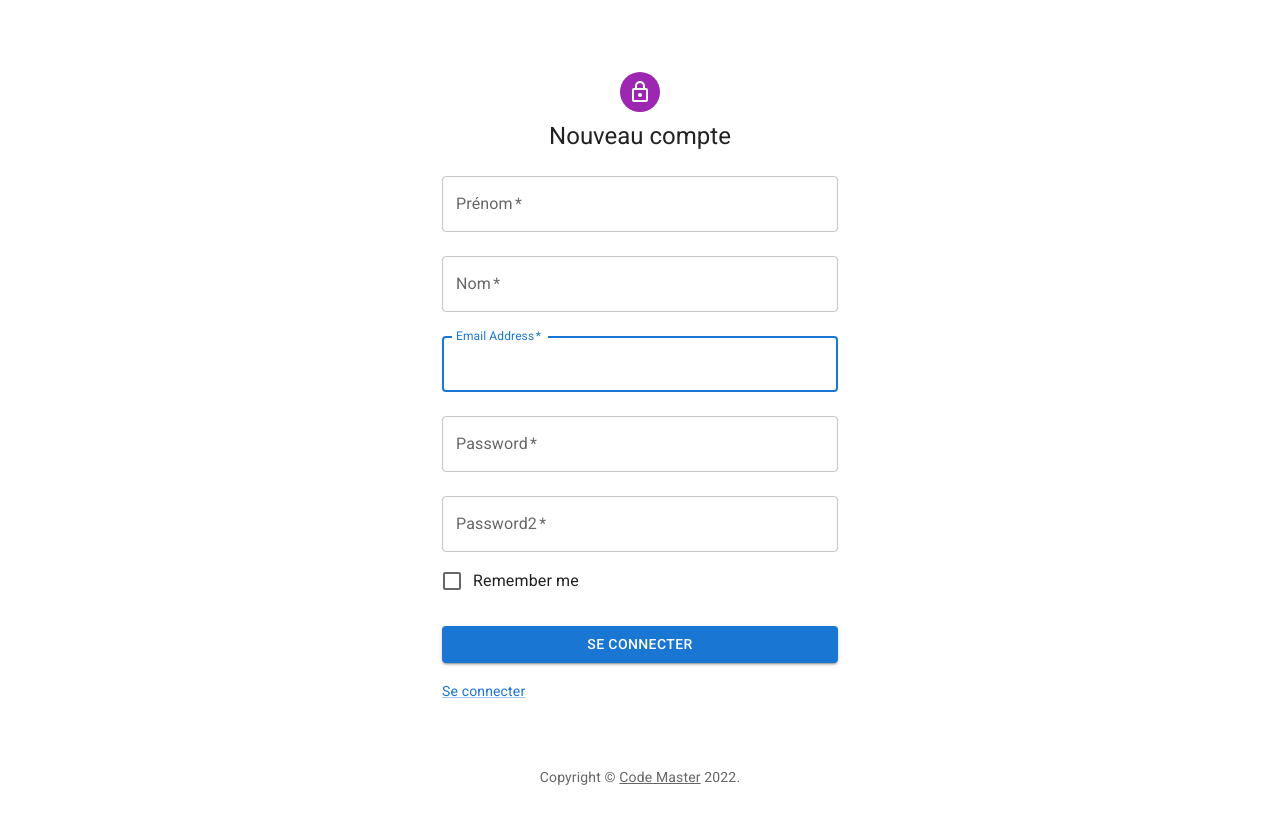
Repository: naovich/codemaster
Page: /signin
An editor plug-in stored every save of this project. The page is shown before and after the next save, followed by the edit.
The browser window is 1280 px wide. The pictures show the whole page.
The page's requests for data from a server got no answer. The project was rebuilt for these pictures with package versions that can differ from the ones it lists, and the page was loaded fresh each time. No one was signed in, and anything a server would have sent is missing. Also part of the build but not shown: src/Components/Menu.js, src/pages/Home.js, src/pages/Start.js. Imported but missing from the stored project, and not drawn on this page: src/pages/Login.

Above is the page before, as saved 2022-03-03 17:32:35.

After the next save:
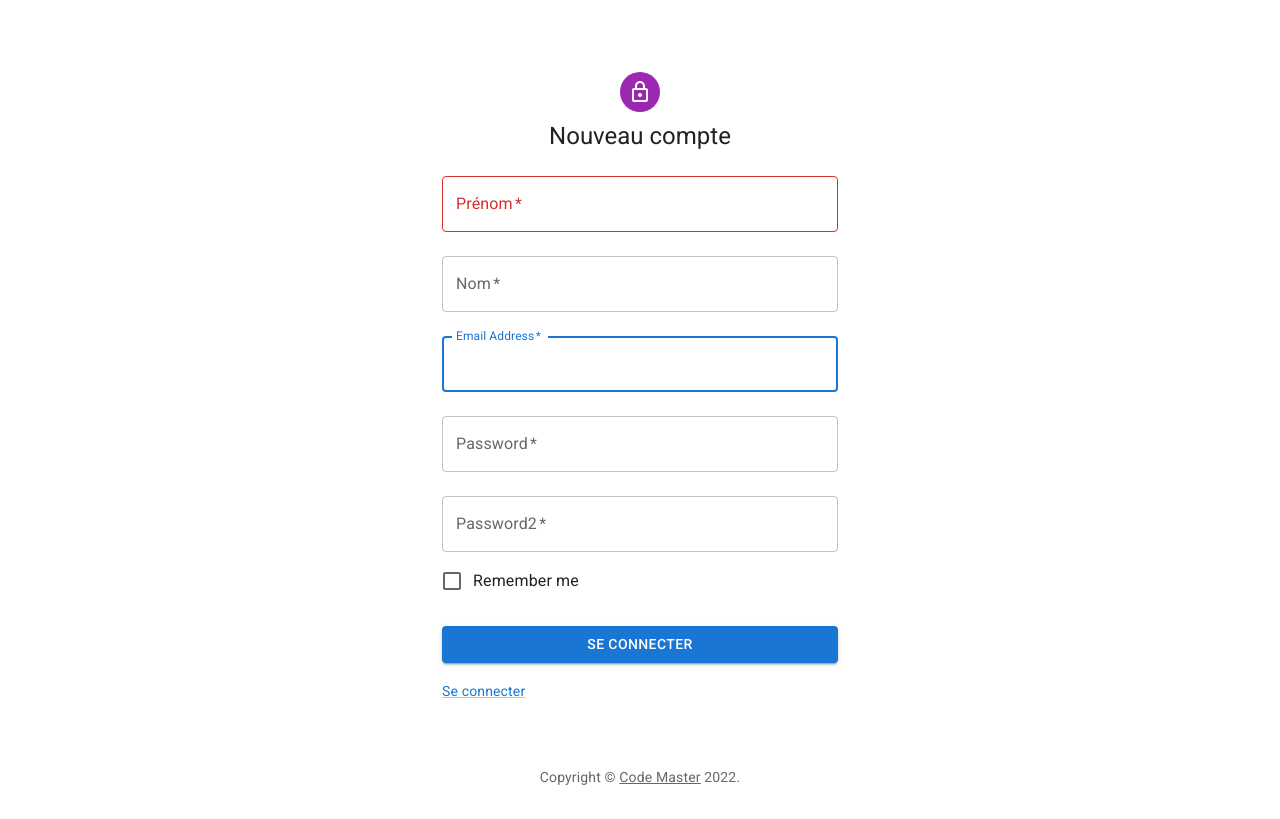
Saved 39 s later.
--- a/src/pages/SignIn.js
+++ b/src/pages/SignIn.js
@@ -116,7 +116,7 @@
               name="firstname"
               autoComplete="firstname"
               autoFocus
-              error={firstnameOk}
+              error={true}
             />
             <TextField
               margin="normal"

After the 2 saves that followed:
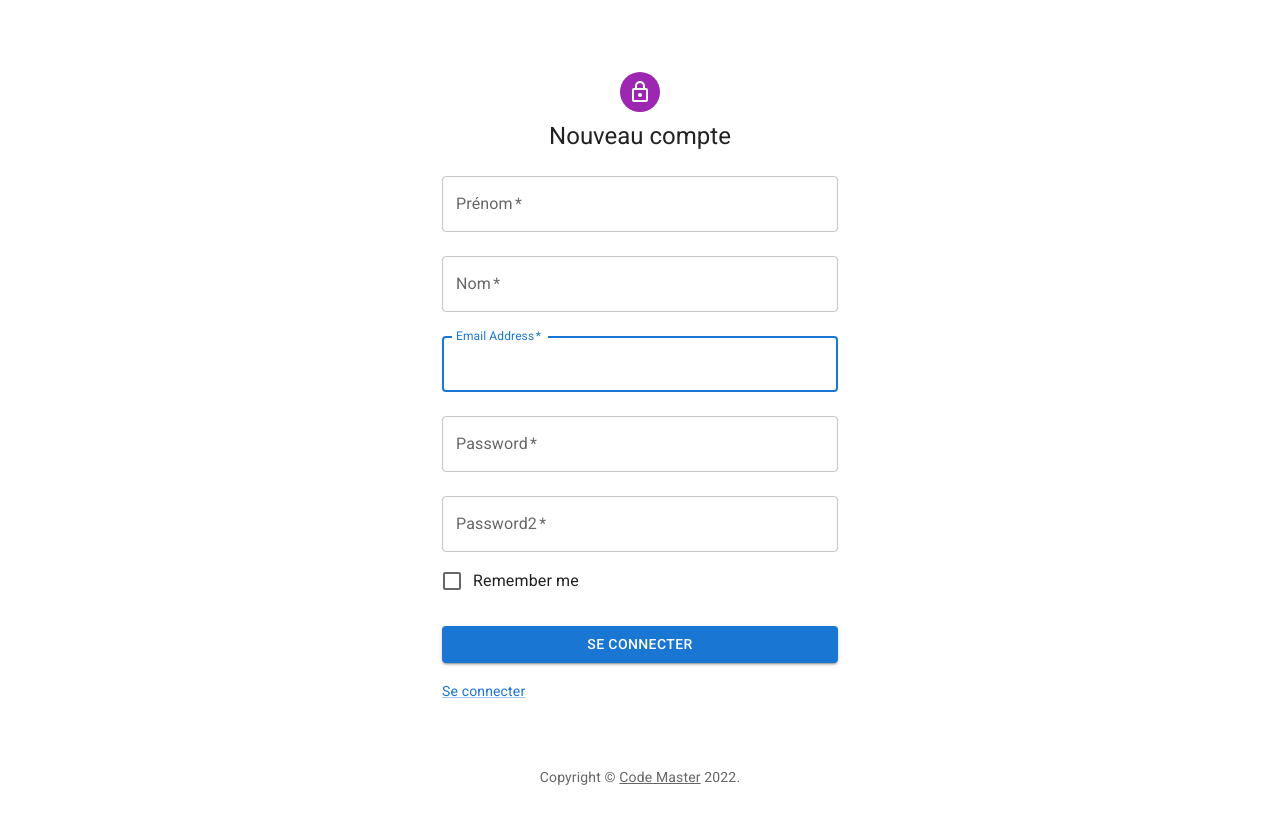
The 2 saves are shown as one change because 1 left the picture as it was.
The last was saved 53 s later.
--- a/src/pages/SignIn.js
+++ b/src/pages/SignIn.js
@@ -24,7 +24,7 @@
 export default function SignIn() {
   let navigate = useNavigate();
   const firstNameRef = useRef();
-  const [firstnameOk, setFirstnameOk] = useState(false);
+  const [firstnameOk, setFirstnameOk] = useState(true);
 
   useEffect(() => {
     onAuthStateChanged(auth, (user) => {
@@ -116,7 +116,7 @@
               name="firstname"
               autoComplete="firstname"
               autoFocus
-              error={true}
+              error={!firstnameOk}
             />
             <TextField
               margin="normal"
